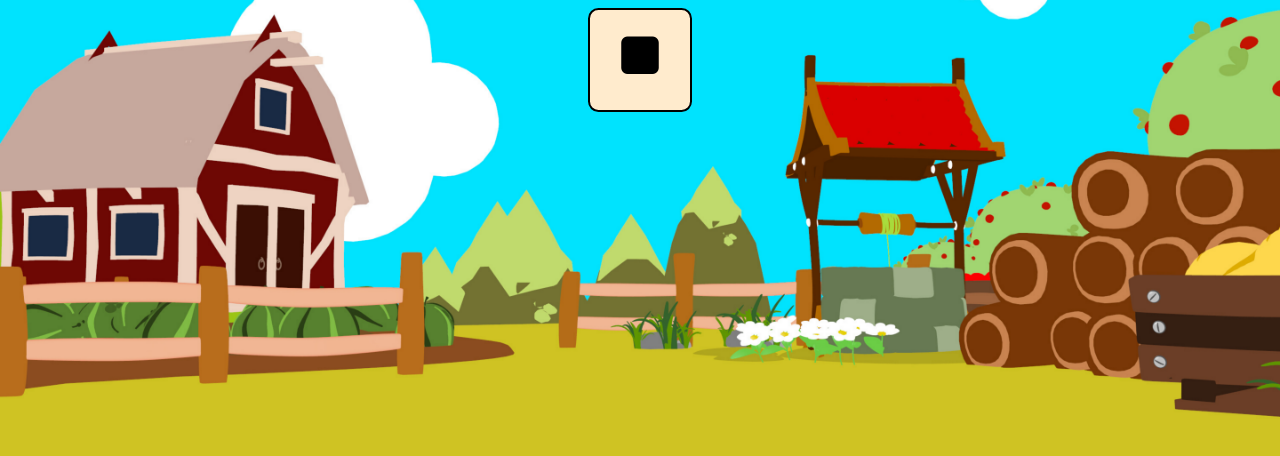
Repository: rumor1993/DreamCoding-Browser101
Page: Chapter07/index.html
An editor plug-in stored every save of this project. The page is shown before and after the next save, followed by the edit.
The browser window is 1280 px wide. The pictures show the whole page.
Some web libraries are served in a nearby version.

Above is the page before, as saved 2021-01-01 13:38:01.

After the next save:
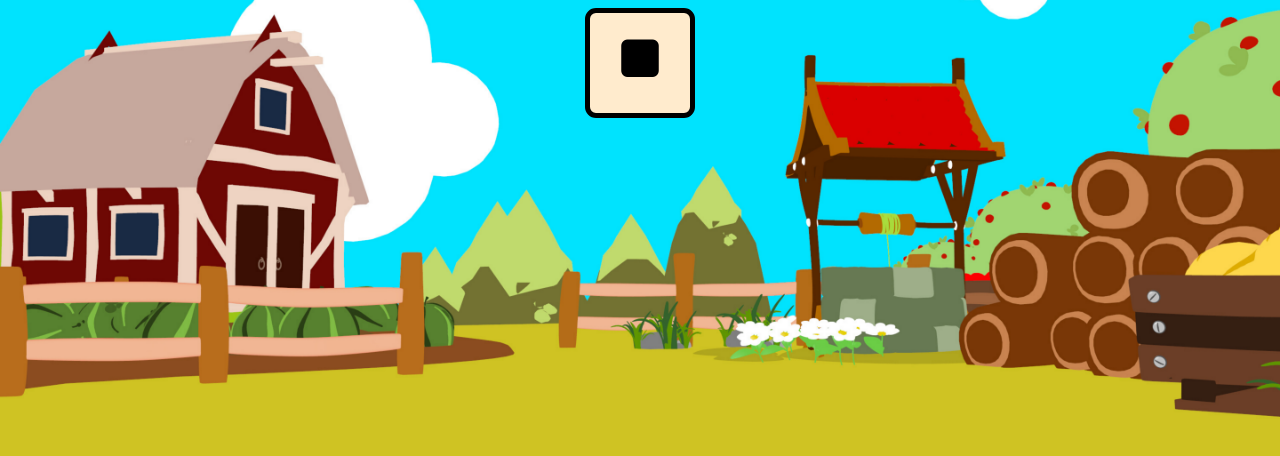
Saved 5 s later.
--- a/Chapter07/index.html
+++ b/Chapter07/index.html
@@ -19,7 +19,7 @@
         font-size: 50px;
         margin: auto;
         text-align: center;
-        border: 2px solid black;
+        border: 5px solid black;
         border-radius: 10%;
       }
 
